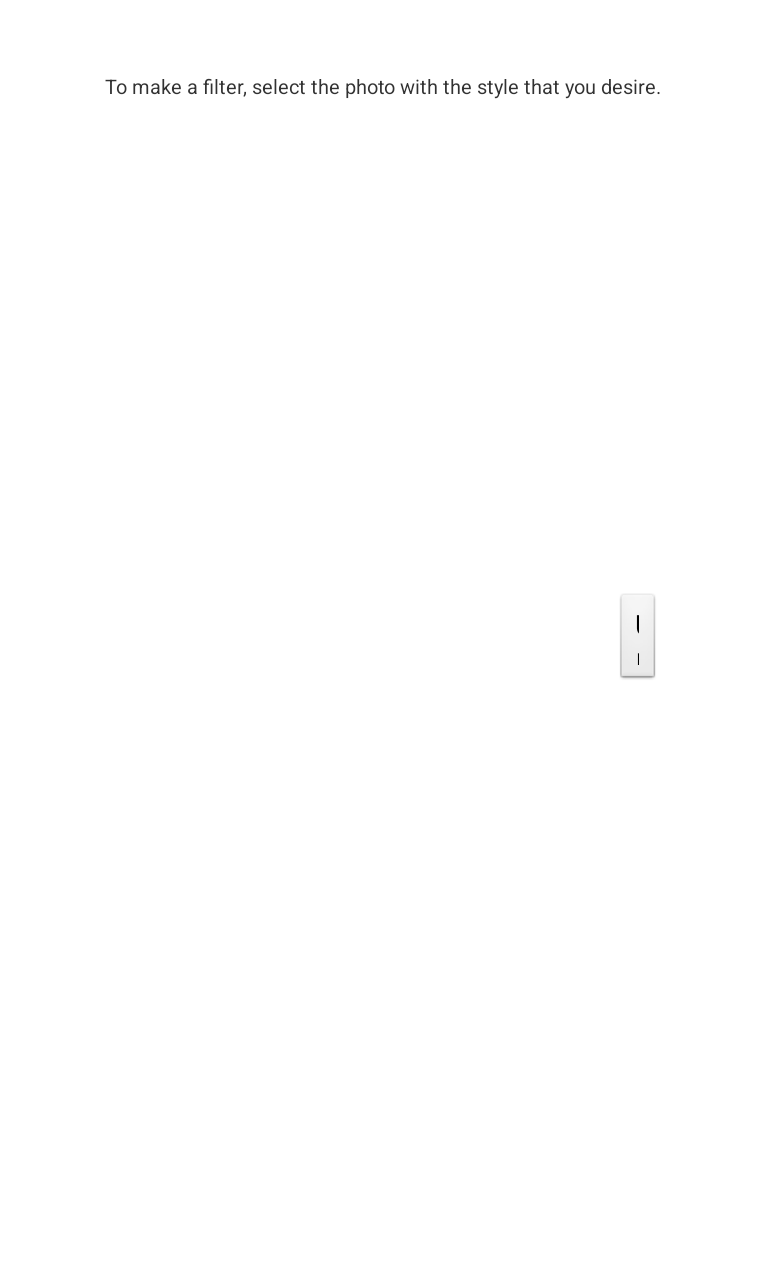
Repository: Hawaiii/filterapp
Layout: android/Filter/res/layout/activity_make.xml
The author's editor kept a copy of each file at every save. The layout is drawn from the files as they stood at one save, then again after the next save.
It is drawn on a 768 x 1280 px phone screen (xhdpi) without system bars, with theme AppTheme; the app's code is not run.

Above is the layout before, as saved 2015-01-31 20:30:46.

### android/Filter/res/layout/activity_make.xml
<RelativeLayout xmlns:android="http://schemas.android.com/apk/res/android"
    xmlns:tools="http://schemas.android.com/tools"
    android:layout_width="match_parent"
    android:layout_height="match_parent"
    android:paddingBottom="@dimen/activity_vertical_margin"
    android:paddingLeft="@dimen/activity_horizontal_margin"
    android:paddingRight="@dimen/activity_horizontal_margin"
    android:paddingTop="@dimen/activity_vertical_margin"
    tools:context=".MainActivity" >

    <TextView
        android:id="@+id/textView1"
        android:layout_width="wrap_content"
        android:layout_height="wrap_content"
        android:layout_alignParentTop="true"
        android:layout_centerHorizontal="true"
        android:layout_marginTop="20dp"
        android:gravity="center"
        android:text="@string/make_instruction"
        android:textSize="10dp" />

    <Button
        android:id="@+id/upload"
        android:layout_width="wrap_content"
        android:layout_height="wrap_content"
        android:layout_alignRight="@+id/textView1"
        android:layout_centerVertical="true"
        android:height="10dp"
        android:text="Upload a Picture"
        android:width="10dp" />

</RelativeLayout>

### android/Filter/res/values/colors.xml
<?xml version="1.0" encoding="utf-8"?>
<resources>
    <color name="light_brown">#B9B9B7</color>
    <color name="light_grey">#E9E9E9</color>
    <color name="grey">#7D838C</color>
    <color name="light_green">#AFEED3</color>
    <color name="white">#FFFFFF</color>
    <color name="pinky_pink">#FCE2DC</color>
    <color name="legit_gray">#E7E6E9</color>
    <color name="red">#e74c3c</color>
</resources>

### android/Filter/res/values/strings.xml
<?xml version="1.0" encoding="utf-8"?>
<resources>

    <string name="app_name">Filter</string>
    <string name="action_settings">Settings</string>
    <string name="hello_world">Hello world!</string>
    <string name="make_instruction">To make a filter, select the photo with the style that you desire.</string>

</resources>

Loaded but not shown: android/Filter/res/values-v11/styles.xml (common file); android/Filter/res/values-v14/styles.xml (common file); android/Filter/res/values/styles.xml (common file); android/Filter/res/values/dimens.xml (common file)

After the next save:
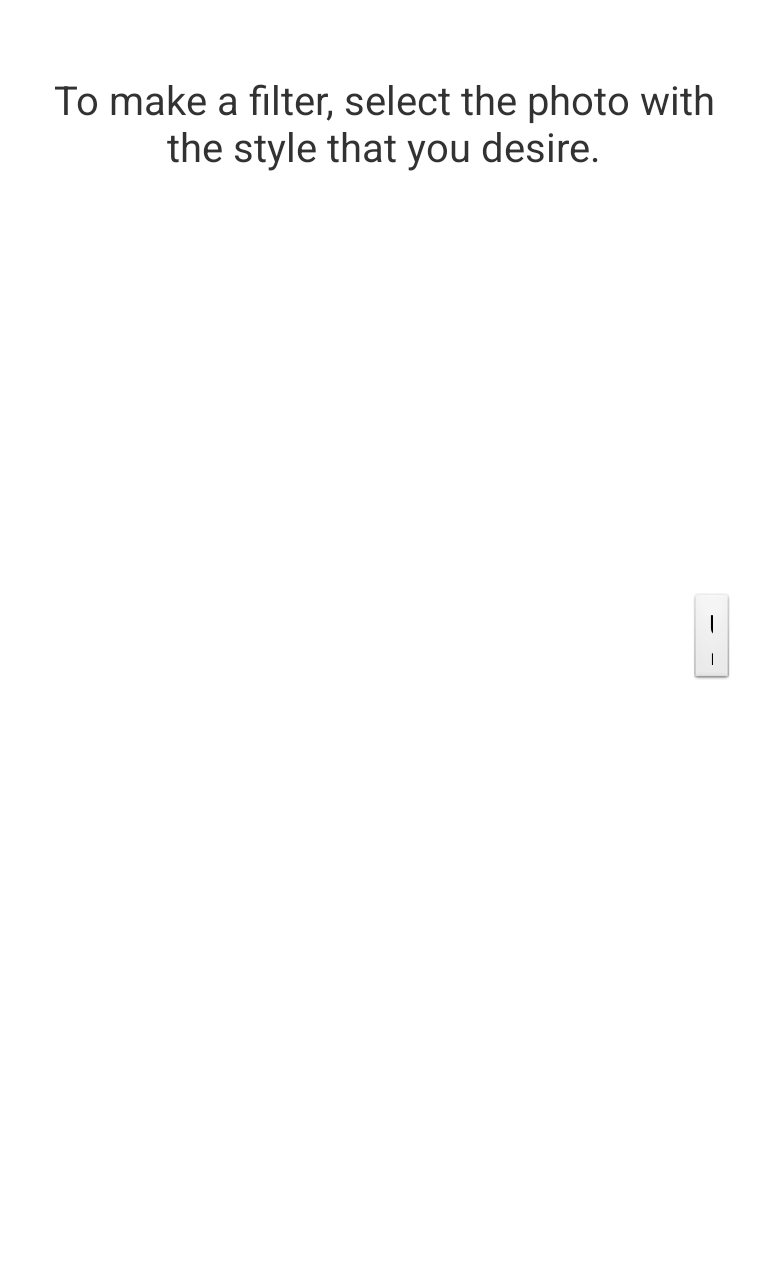
Saved 8 s later.
--- a/android/Filter/res/layout/activity_make.xml
+++ b/android/Filter/res/layout/activity_make.xml
@@ -17,7 +17,7 @@
         android:layout_marginTop="20dp"
         android:gravity="center"
         android:text="@string/make_instruction"
-        android:textSize="10dp" />
+        android:textSize="20dp" />
 
     <Button
         android:id="@+id/upload"
